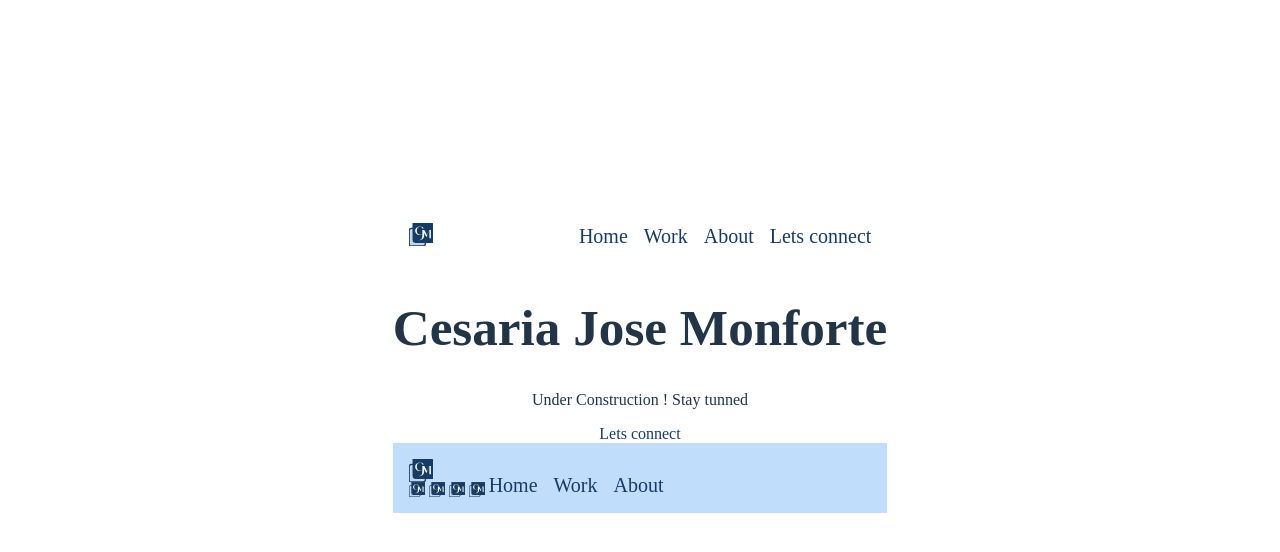
Repository: CesariaMonforte/cesariamonforte
Page: /
An editor plug-in stored every save of this project. The page is shown before and after a run of saves, followed by the edit.
The browser window is 1280 px wide. The pictures show the whole page.
The project was rebuilt for these pictures with package versions that can differ from the ones it lists, and the page was loaded fresh each time. Also part of the build but not shown: vite.config.js.

Above is the page before, as saved 2026-01-25 11:06:06.

After the next 2 saves:
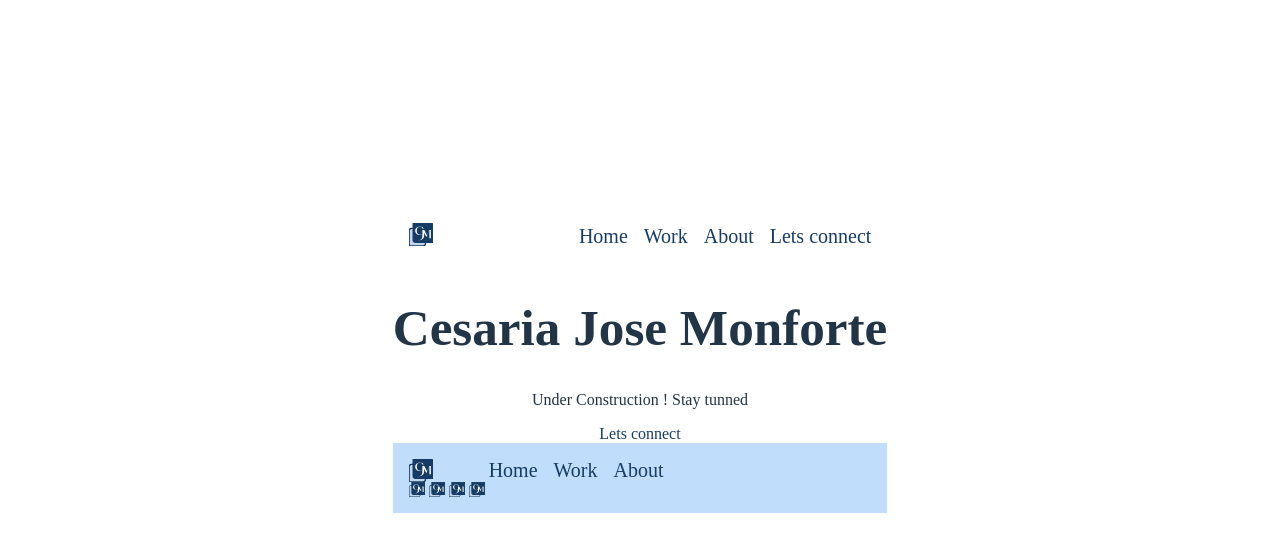
The 2 saves are shown as one change because they came seconds apart.
The last was saved 6 s later.
--- a/src/_ui/Footer/Footer.module.css
+++ b/src/_ui/Footer/Footer.module.css
@@ -4,8 +4,8 @@
         display: flex;
         flex-direction: row;
         gap: var(--space-extra-small);
-        align-items: flex-end;
-        justify-content: left;
+        align-items: flex-start;
+
         padding: 1rem;
         background-color: var(--primary-100);
     }
